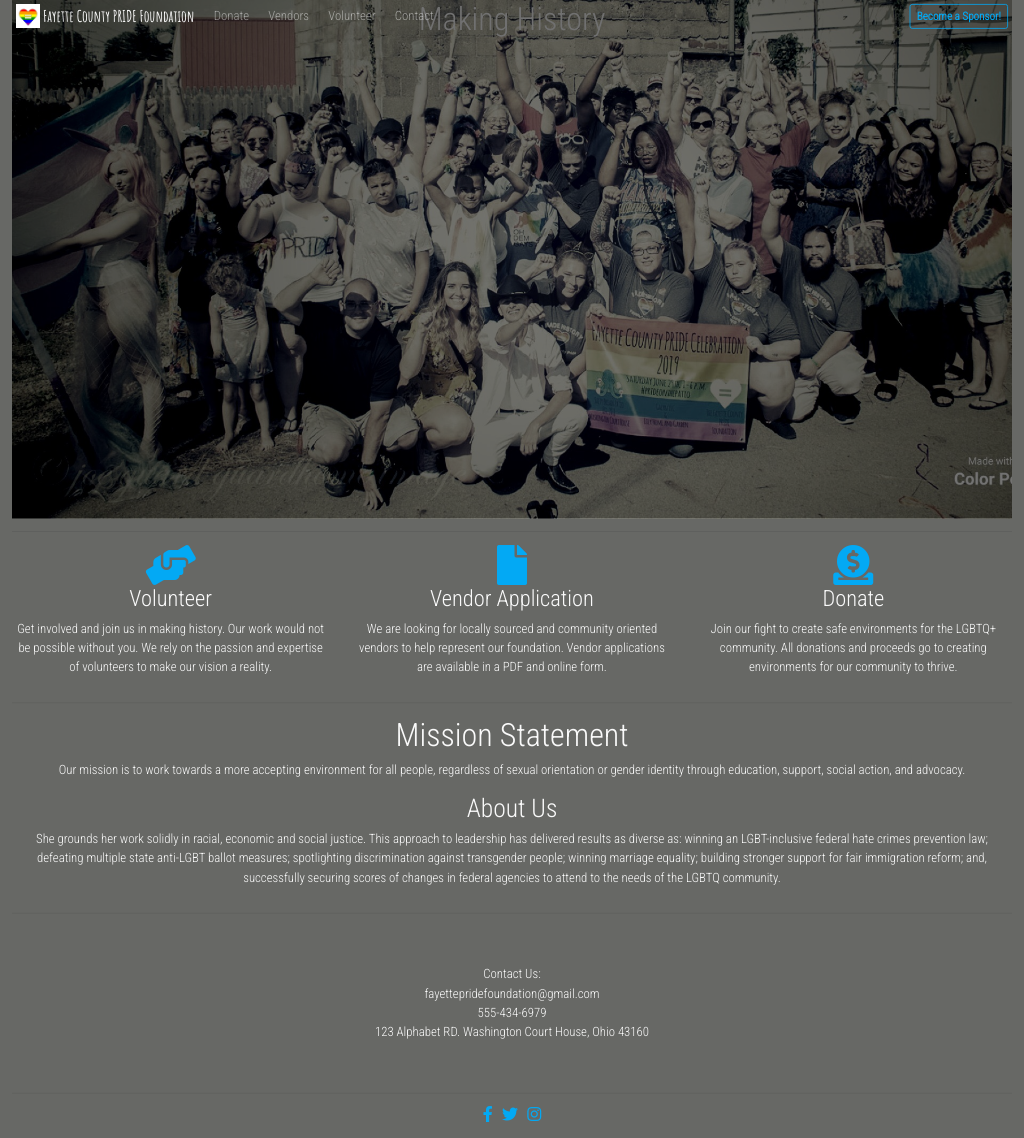
Repository: Code-Institute-Submissions/https-github.com-callendera-Milestone-Project-2
Page: index.html
The author's editor kept a record of every edit. The page is drawn from the files as they stood at one moment, then again after the next edit.
The browser window is 1280 px wide. The pictures show the whole page, at 80% of full size.
Backgrounds fixed to the window are drawn as part of the page. Some web libraries are served in a nearby version.

Above is the page before.

### index.html
<!DOCTYPE html>
<html lang="en">

<head>
    <meta charset="UTF-8">
    <meta name="viewport" content="width=device-width, initial-scale=1.0">
    <meta http-equiv="X-UA-Compatible" content="ie=edge">
    <title>Fayette County PRIDE</title>


    <link href="https://fonts.googleapis.com/css?family=Amatic+SC:700|Roboto+Condensed:300&display=swap" rel="stylesheet">

    <!--this code provides my Icons-->
    <link rel="stylesheet" href="https://use.fontawesome.com/releases/v5.8.1/css/all.css" integrity="sha384-50oBUHEmvpQ+1lW4y57PTFmhCaXp0ML5d60M1M7uH2+nqUivzIebhndOJK28anvf" crossorigin="anonymous">
    <!--this code allows me to use bootstrap styles and pieces of code-->
    <link rel="stylesheet" href="https://stackpath.bootstrapcdn.com/bootstrap/4.3.1/css/bootstrap.min.css" integrity="sha384-ggOyR0iXCbMQv3Xipma34MD+dH/1fQ784/j6cY/iJTQUOhcWr7x9JvoRxT2MZw1T" crossorigin="anonymous">

    <!--links to my style sheet: style.css-->
    <link rel="stylesheet" href="assets/css/style.css" type="text/css" />

</head>

<body>
    <!--NavBar-->

    <!--Navbar styles are given by the class names. and the navbar is fixed at the top to allow a better UX-->


    <nav class="navbar navbar-dark bg-transparent my-navbar navbar-expand-sm fixed-top">
        <a class="navbar-brand my-navbar-brand" href="#">
    <img src="assets/images/heart.jpg" width="30" height="30" class="d-inline-block align-top" alt="">
    Fayette County PRIDE Foundation
  </a>

        <!--this code allows my navbar tp be compressed into a navbar toggler on smaller screen sizes-->
        <button class="navbar-toggler ml-auto my-navbar-toggler" type="button" data-toggle="collapse" data-target="#navbarNavDropdown" aria-controls="navbarNavDropdown" aria-expanded="false" aria-label="Toggle navigation">
            <span class="navbar-toggler-icon my-navbar-toggler-icon"></span></button>


        <!--this code targets the toggler-->
        <div class="collapse navbar-collapse" id="navbarNavDropdown">
            <!--these are my links to navigate you through the site-->
            <ul class="navbar-nav my-navbar-nav mr-auto justify-content-center">
                <li class="nav-item mr-2"><a class="nav-link my-nav-link" href="//">Donate</a></li>
                <li class="nav-item mr-2"><a class="nav-link my-nav-link" href="//">Vendors</a></li>
                <li class="nav-item mr-2"><a class="nav-link my-nav-link" href="//">Volunteer</a></li>
                <li class="nav-item mr-6"><a class="nav-link my-nav-link" href="//">Contact</a></li>
            </ul>
            <!--This code blocks the button and text from being shown on small screens, but appears on larger screen sizes-->
            <div class="d-none d-lg-block">
                <!--gives the viewer the oportunity to become a sponsor while still browsing the site-->

                <button type="button" class="btn btn-sm my-nav-btn btn-success my-btn" data-toggle="modal" data-target="//">Become a Sponsor!</button>
            </div>
        </div>
    </nav>
    <!--navbar-->

    <!--CallOut-->
    <!-- this div allows for a full width container, spanning the entire width of the viewport.-->
    <div class="container-fluid">


        <!--holds the background picture for the landing page-->

        <div class="col-12 callout-container">
            <h1 class="cover-heading text-center">Making History</h1>
            <div class="opaque-overlay">&nbsp;</div>


        </div>
        <!--callout-->
        <hr>
        <!--Involved-->
        <div class="row involved-container text-center">

            <!-- col-4 to make the 3 divs be in 3 columns for large and medium screens, col-12 for smaller screens to have each div on its own line-->
            <div class="col-12 col-sm-12 col-md-4 col-lg-4 my-icon">
                <a href="//"><i class="fas fa-hands-helping"></i></a>
                <h3>Volunteer</h3>
                <p>Get involved and join us in making history. Our work would not be possible without you. We rely on the passion and expertise of volunteers to make our vision a reality.</p>
            </div>
            <div class="col-12 col-sm-12 col-md-4 col-lg-4 my-icon">
                <a href="//"><i class="fas fa-file"></i></a>
                <h3>Vendor Application</h3>
                <p>We are looking for locally sourced and community oriented vendors to help represent our foundation. Vendor applications are available in a PDF and online form.</p>
            </div>
            <div class="col-12 col-sm-12 col-md-4 col-lg-4 my-icon">
                <a href="//"><i class="fas fa-donate"></i></a>
                <h3>Donate</h3>
                <p>Join our fight to create safe environments for the LGBTQ+ community. All donations and proceeds go to creating environments for our community to thrive.</p>
            </div>
        </div>
        <!--involved-->
        <hr>
        <!--About-->
        <div class="row about-container">
            <!-- Col-6 allows the mission statement and About to be on top of eachother and centered-->
            <div class="col-12 text-center">
                <h1>Mission Statement</h1>
                <p>Our mission is to work towards a more accepting environment for all people, regardless of sexual orientation or gender identity through education, support, social action, and advocacy.</p>
            </div>
            <br>

            <div class="col-12 text-center">
                <h2>About Us</h2>
                <p>She grounds her work solidly in racial, economic and social justice. This approach to leadership has delivered results as diverse as: winning an LGBT-inclusive federal hate crimes prevention law; defeating multiple state anti-LGBT ballot
                    measures; spotlighting discrimination against transgender people; winning marriage equality; building stronger support for fair immigration reform; and, successfully securing scores of changes in federal agencies to attend to the needs
                    of the LGBTQ community.</p>
            </div>
            <!--about-->
        </div>
        <!--about-->
        <hr>

        <div class="row contact-container text-center">
            <!--entire section gives the user the info on how to contact the band-->
            <div class="col">
                <footer class="my-5">
                    <div class="row">
                        <div class="col-12">
                            <div class="heading">Contact Us:</div>
                        </div>
                    </div>
                    <div class="row">
                        <div class="col-12">
                            <div class="text">fayettepridefoundation@gmail.com</div>
                            <div class="text">555-434-6979</div>
                            <div class="text">123 Alphabet RD. Washington Court House, Ohio 43160</div>
                        </div>
                    </div>

                </footer>
            </div>
        </div>
        <hr>
        <div class="row social-container text-center">
            <div class="col-12">
                <!--all social media links are placed within a span to allow them to line up inline-->
                <ul class="list-inline social-media">
                    <!--atrribute is given to make the social media symbol a link to the facebook page-->
                    <li class="list-inline-item"><a href="//" target="_blank"><i class="fab fa-facebook-f"></i>
                    <span class="sr-only">Facebook</span></a></li>
                    <!--atrribute is given to make the social media symbol a link to the twitter page-->
                    <li class="list-inline-item"><a href="//" target="_blank"><i class="fab fa-twitter"></i>
                    <span class="sr-only">Twitter</span></a></li>
                    <!--atrribute is given to make the social media symbol a link to the youtube page-->
                    <li class="list-inline-item"><a href="//" target="_blank"><i class="fab fa-instagram"></i>
                    <span class="sr-only">Instagram</span></a></li>
                </ul>
            </div>
        </div>
    </div>
    <!--contactinfo-->

    <!--script used for DOM manipulation in modal-->
            <script src="https://code.jquery.com/jquery-3.3.1.slim.min.js" integrity="sha384-q8i/X+965DzO0rT7abK41JStQIAqVgRVzpbzo5smXKp4YfRvH+8abtTE1Pi6jizo" crossorigin="anonymous"></script>

            <!--positioning engine, used throughout webpage-->
            <script src="https://cdnjs.cloudflare.com/ajax/libs/popper.js/1.14.7/umd/popper.min.js" integrity="sha384-UO2eT0CpHqdSJQ6hJty5KVphtPhzWj9WO1clHTMGa3JDZwrnQq4sF86dIHNDz0W1" crossorigin="anonymous"></script>

            <!--script needed to link my bootstrap classes-->
            <script src="https://stackpath.bootstrapcdn.com/bootstrap/4.3.1/js/bootstrap.min.js" integrity="sha384-JjSmVgyd0p3pXB1rRibZUAYoIIy6OrQ6VrjIEaFf/nJGzIxFDsf4x0xIM+B07jRM" crossorigin="anonymous"></script>

    </div>

</body>

</html>

### assets/css/style.css

/*--Background Styles--*/
body {
    font-family: 'Roboto Condensed', sans-serif;

    background-color:#676865;
    color: #fafafa;
}

.callout-container {
    /*--- sets background image for callout container. it is set to not repeat, so the image doesnt stretch, and the image will be centered horizontally and pushed to the top of the container. the background will also not scroll, but remained positioned so things will scroll past it---*/
    background: url("../images/flag.jpg")no-repeat center center fixed;
    /*--- adjusts background for different browsers ---*/
    -webkit-background-size: cover;
    -moz-background-size: cover;
    -o-background-size: cover;
    background-size: cover;

    /*--- makes the background fit to the container ---*/
    overflow: hidden;

    /*--- aligns and justifies text in container ---*/
    align-items: center;
    justify-content: center;
    /*--- the height that container will take up in the viewport ---*/
    height: 60vh;

}

.involved-container {
    padding-top: 500px;

}

.opaque-overlay {
    /*---positioned relative to the nearest positioned ancestor---*/
    position: absolute;
    top: 0;
    left: 0;
    /*--- size of overlay to just cover background image ---*/
    height: 100%;
    width: 100%;
    /*--- color of background to be grey but almost transparent to make white text stand out ---*/
    background-color: rgba(0, 0, 0, 0.55);

    /*---pulls content forward to be visible on Z-index axis---*/
    z-index: 1;

}

/*--Navbar Styles--*/

.my-navbar {
    font-family: 'Roboto Condensed', sans-serif;

    /*--- removes margins automatically set by bootstrap ---*/
    margin: 0;
    /*--- removes padding automatically set by bootstrap ---*/
    padding-left: 20px;
    padding-right: 20px;
    padding-bottom: 0;
    padding-top: 0;
    background-color: transparent;
    /*--- color of text white ---*/
    color: #fafafa;
}

.my-navbar-nav {
    /*--- removes padding automatically set by bootstrap ---*/
    padding-left: 30px;
    /*--- color of text white ---*/
    color: #fafafa;

}



.my-nav-link {
    /*--- color of text white ---*/
    color: #fafafa;
    /*--- color change transition when hovering over my-nav-link ---*/
    transition: all 0.40s ease-in-out;
    -moz-transition: all 0.40s ease-in-out;
    -webkit-transition: all 0.40s ease-in-out;
    -o-transition: all 0.40s ease-in-out;
    /*--- adjustments for each web browser ---*/
}


.my-navbar-toggler {
    /*--- display to fill contents ---*/
    display: contents;
    width: 2em;
    height: 2em;
    /*--- aligns to fit toggler container ---*/
    vertical-align: middle;
    /*--- content aligned according to parent element ---*/
    content: "";
    /*--- toggler doesn't repeat and it center to container ---*/
    background: no-repeat center center;
    /*--- toggler 100% of toggler container ---*/
    background-size: 100% 100%;

    /*--- color of text white ---*/
    color: #fafafa;
    /*--- removes margins automatically set by bootstrap ---*/
    margin-right: 30px;
}

.my-navbar-toggler-icon {
    /*--- color of icon white ---*/
    color: #fafafa;

}

.my-navbar-brand {
    font-family: 'Amatic SC', cursive;

}

/*--Buttons--*/

.my-btn {
    /*---blue color--*/
    background-color: #28a74500;
    border-color: #03A9F4;
    color: #03A9F4;
    font-weight: 800;
}

.my-btn:hover {
    /*--- color of background: blue ---*/
    background-color: #03A9F4;
    /*--- when mouse is hovered the button will transition for .40seconds to a darker green color. the color will gradually ease in and then ease out. ---*/
    transition: all 0.40s ease-in-out;
    -moz-transition: all 0.40s ease-in-out;
    -webkit-transition: all 0.40s ease-in-out;
    -o-transition: all 0.40s ease-in-out;
    /*--- adjustments for each web browser ---*/
}

.social-media i {
    /*---blue color--*/
    color: #03A9F4;
    font-size: 20px;
}

.social-media i:hover {
 /*--- color of background: darker green ---*/
    color: #2567ae;
    /*--- when mouse is hovered the button will transition for .40seconds to a darker green color. the color will gradually ease in and then ease out. ---*/
    transition: all 0.40s ease-in-out;
    -moz-transition: all 0.40s ease-in-out;
    -webkit-transition: all 0.40s ease-in-out;
    -o-transition: all 0.40s ease-in-out;
    /*--- adjustments for each web browser ---*/
}

.my-icon i {
    /*---blue color--*/
     color: #03A9F4;
    font-size: 50px;
}
.my-icon i:hover {
     /*--- color of background: darker blue ---*/
    color: #2567ae;
    /*--- when mouse is hovered the button will transition for .40seconds to a darker blue color. the color will gradually ease in and then ease out. ---*/
    transition: all 0.40s ease-in-out;
    -moz-transition: all 0.40s ease-in-out;
    -webkit-transition: all 0.40s ease-in-out;
    -o-transition: all 0.40s ease-in-out;
    /*--- adjustments for each web browser ---*/
}

/*---MISC.--*/

.involved-container {
    padding: 0px;
}


/*---Media Queries--*/

@media (min-width: 576px){
    .my-navbar-nav {
    padding-left: 0px;
}

.opaque-overlay {
   height: 60vh;

}

.involved-container {
    padding: 0px;
}
}

@media (min-width: 992px) {
    .callout-container {
    /*--- sets background image for callout container. it is set to not repeat, so the image doesnt stretch, and the image will be centered horizontally and pushed to the top of the container. the background will also not scroll, but remained positioned so things will scroll past it---*/
    background: url("../images/pride2.png")no-repeat top center fixed;
    /*--- adjusts background for different browsers ---*/
    -webkit-background-size: cover;
    -moz-background-size: cover;
    -o-background-size: cover;
    background-size: contain;

    /*--- makes the background fit to the container ---*/
    overflow: hidden;

    /*--- aligns and justifies text in container ---*/
    align-items: center;
    justify-content: center;
    /*--- the height that container will take up in the viewport ---*/
    height: 46.9vh;

}
}

@media (min-width: 1200px) {
    .callout-container {
    /*--- sets background image for callout container. it is set to not repeat, so the image doesnt stretch, and the image will be centered horizontally and pushed to the top of the container. the background will also not scroll, but remained positioned so things will scroll past it---*/
    background: url("../images/pride2.png")no-repeat center center fixed;
    /*--- adjusts background for different browsers ---*/
    -webkit-background-size: cover;
    -moz-background-size: cover;
    -o-background-size: cover;
    background-size: cover;

    /*--- makes the background fit to the container ---*/
    overflow: hidden;

    /*--- aligns and justifies text in container ---*/
    align-items: center;
    justify-content: center;
    /*--- the height that container will take up in the viewport ---*/
    height: 90vh;

}

.opaque-overlay {
   height: 90vh;

}
}

After the next edit:
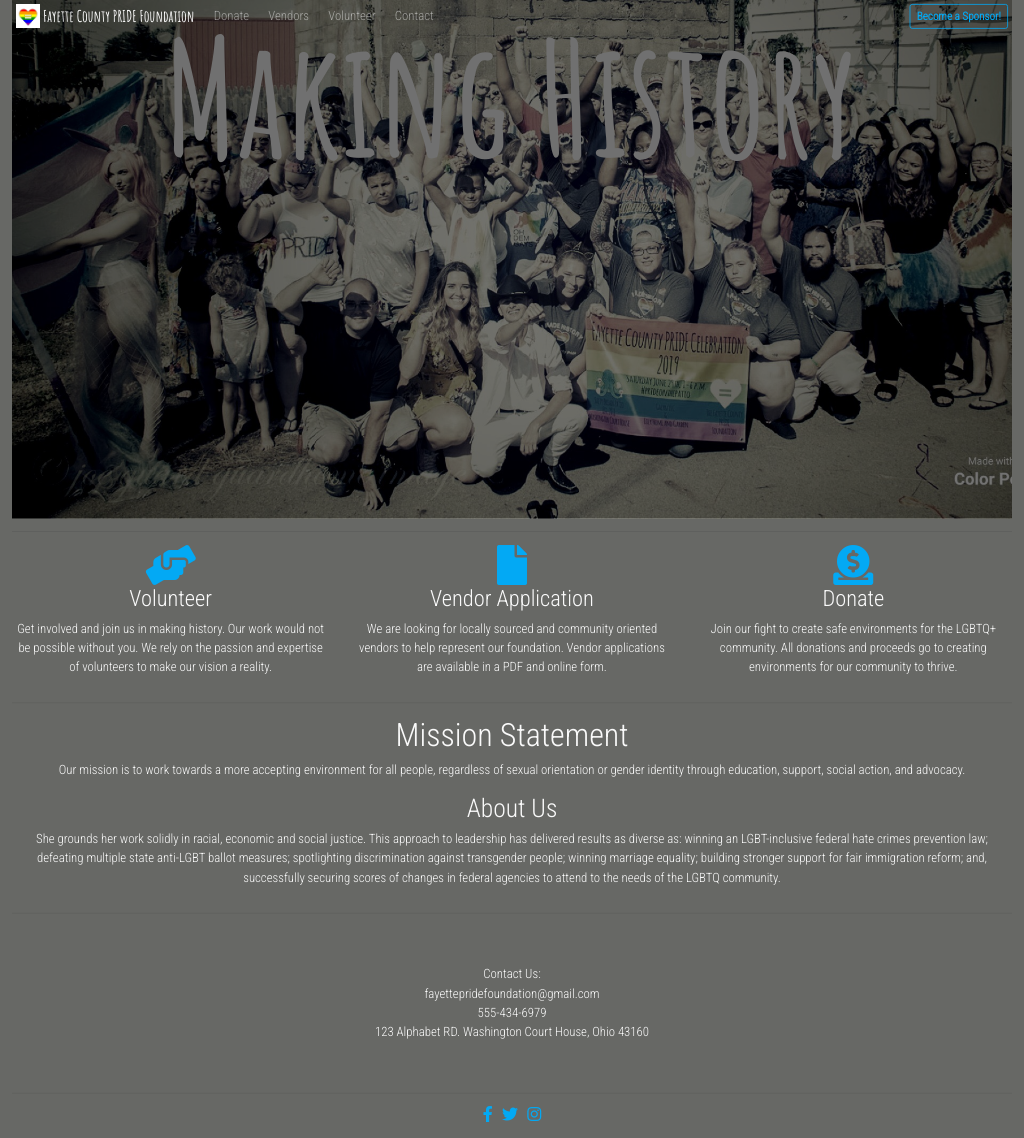
The edit:
--- a/assets/css/style.css
+++ b/assets/css/style.css
@@ -178,6 +178,11 @@
     padding: 0px;
 }
 
+.cover-heading {
+    font-family: 'Amatic SC', cursive;
+    font-size: 200px;
+
+}
 
 /*---Media Queries--*/
 
